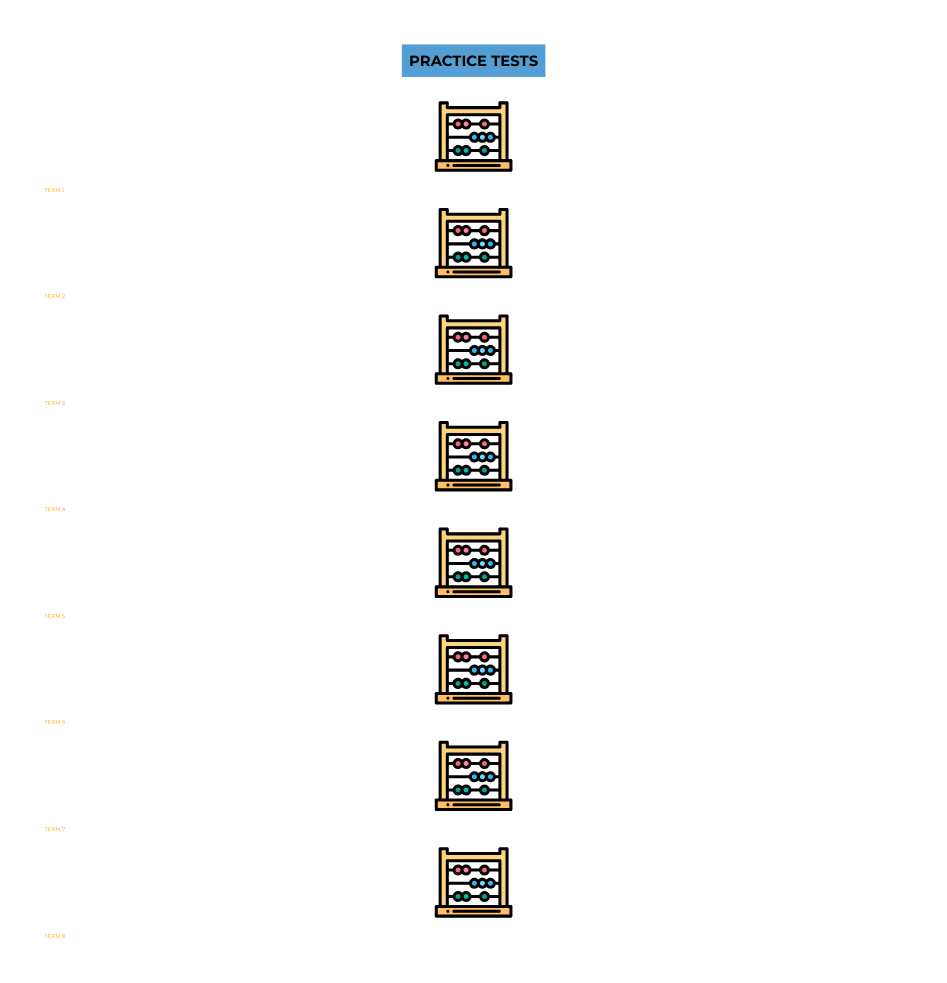
Repository: GauravBrahmbhatt/Psquare
Page: /
The author's editor kept a copy of each file at every save. The page is drawn from the files as they stood at one save, then again after the next save.
The browser window is 1280 px wide. The pictures show the whole page, at 74% of full size.
The project was rebuilt for these pictures with package versions that can differ from the ones it lists, and the page was loaded fresh each time. Also part of the build but not shown: src/pages/PaperList/Level1List.js, src/pages/PaperList/Level3List.js, src/pages/TestLoader.js, src/pages/timer.js, src/pages/TestPapers/level1.js, src/pages/TestPapers/level2.js, src/pages/RandomGenerator/RandomGenerator2D.js, src/pages/RandomGenerator/RandomGeneratorD.js and 8 more.

Above is the page before, as saved 2020-07-26 19:16:18.

### src/App.js
import React, { Component } from 'react';
import {Switch, Route, Router} from 'react-router-dom';
import History from './pages/History';

import NextPage from './pages/TestLoader';
import Main from './pages/main';
import TestPage from './pages/LevelCoordinator';
//import TestPage from './pages/TestPapers/level1';
//import Level2 from './pages/TestPapers/level2';
//import Level3 from './pages/TestPapers/level3';
//import Level4 from './pages/TestPapers/level4';
//import Level5 from './pages/TestPapers/level5';
//import Level6 from './pages/TestPapers/level6';
//import Level7 from './pages/TestPapers/level7';

//https://codepen.io/abbeyjfitzgerald/pen/QaeoYj

/*const backUrl = '/some/other/value'
// this.props.testvalue === "hello"
<Link to={{pathname: `/${this.props.testvalue}`, query: {backUrl}}} />
console.log(this.props.match.params.testvalue, this.props.location.query.backurl)
// output
hello /some/other/value
*/



class App extends Component {
	//this.props.match.params.id






  render(){
    return(

      <Router history={History}>
        <Switch>
          <Route path="/" exact component={Main} />
          <Route path="/testpage" component={NextPage} />
          <Route path="/timedtest" component={TestPage} />

        </Switch>
      </Router>
    )

  }
}

export default App;

//	  <Route path="/random" component={Level4} />
/*{"q":["24","-4","7"], "a":27},
	{"q":["3","-2","36"], "a":37},
	{"q":["56","-1","3"], "a":58},
	{"q":["88","-2","-1"], "a":85},
	{"q":["73","-1","7"], "a":79},
	{"q":["7","32","-4"], "a":35},
	{"q":["6","71","-5"], "a":72},
	{"q":["16","-5","2"], "a":13},
	{"q":["7","22","-7"], "a":22},
	{"q":["38","-6","2"], "a":34},
	{"q":["5","54","-1"], "a":58},
	{"q":["5","54","-1"], "a":58},
	{"q":["5","54","-1"], "a":58},
	{"q":["5","54","-1"], "a":58},
	{"q":["5","54","-1"], "a":58},
	{"q":["5","54","-1"], "a":58},
	{"q":["5","54","-1"], "a":58},
	{"q":["5","54","-1"], "a":58},
	{"q":["5","54","-1"], "a":58},
	{"q":["5","54","-1"], "a":58},
	{"q":["5","54","-1"], "a":58},
	{"q":["5","54","-1"], "a":58},
	{"q":["5","54","-1"], "a":58},
	{"q":["5","54","-1"], "a":58},
	{"q":["5","54","-1"], "a":58},
	{"q":["5","54","-1"], "a":58},
	{"q":["5","54","-1"], "a":58},
	{"q":["5","54","-1"], "a":58},
	{"q":["5","54","-1"], "a":58},
	{"q":["5","54","-1"], "a":58},
	{"q":["5","54","-1"], "a":58},
	{"q":["5","54","-1"], "a":58},
	{"q":["5","54","-1"], "a":58},
	{"q":["5","54","-1"], "a":58},
	{"q":["5","54","-1"], "a":58},
	{"q":["5","54","-1"], "a":58},
	{"q":["5","54","-1"], "a":58},
	{"q":["5","54","-1"], "a":58},
	{"q":["5","54","-1"], "a":58},
	{"q":["5","54","-1"], "a":58},
	{"q":["5","54","-1"], "a":58},
	{"q":["5","54","-1"], "a":58},
	{"q":["5","54","-1"], "a":58},
	{"q":["5","54","-1"], "a":58},
	{"q":["5","54","-1"], "a":58},
	{"q":["5","54","-1"], "a":58},
	{"q":["5","54","-1"], "a":58},
	{"q":["5","54","-1"], "a":58},
	{"q":["5","54","-1"], "a":58},
	{"q":["5","54","-1"], "a":58},
	{"q":["5","54","-1"], "a":58},
	{"q":["5","54","-1"], "a":58},
	{"q":["5","54","-1"], "a":58},
	{"q":["5","54","-1"], "a":58},
	{"q":["5","54","-1"], "a":58},
	{"q":["5","54","-1"], "a":58},
	{"q":["5","54","-1"], "a":58},
	{"q":["5","54","-1"], "a":58},
	{"q":["5","54","-1"], "a":58},
	{"q":["5","54","-1"], "a":58},
	{"q":["5","54","-1"], "a":58},
	{"q":["5","54","-1"], "a":58},
	{"q":["5","54","-1"], "a":58},
	{"q":["5","54","-1"], "a":58},
	{"q":["5","54","-1"], "a":58},
	{"q":["5","54","-1"], "a":58},
	{"q":["5","54","-1"], "a":58},
	{"q":["5","54","-1"], "a":58},
	{"q":["5","54","-1"], "a":58},
	{"q":["5","54","-1"], "a":58},
	{"q":["5","54","-1"], "a":58},
	{"q":["5","54","-1"], "a":58},
	{"q":["5","54","-1"], "a":58},
	{"q":["5","54","-1"], "a":58},
	{"q":["5","54","-1"], "a":58},
	{"q":["5","54","-1"], "a":58},
	{"q":["5","54","-1"], "a":58},
	{"q":["5","54","-1"], "a":58},
	{"q":["5","54","-1"], "a":58},
	{"q":["5","54","-1"], "a":58},
	{"q":["5","54","-1"], "a":58},
	{"q":["5","54","-1"], "a":58},
	{"q":["5","54","-1"], "a":58},
	{"q":["5","54","-1"], "a":58},
	{"q":["5","54","-1"], "a":58},
	{"q":["5","54","-1"], "a":58},
	{"q":["5","54","-1"], "a":58},
	{"q":["5","54","-1"], "a":58},
	{"q":["5","54","-1"], "a":58},
	{"q":["5","54","-1"], "a":58},
	{"q":["5","54","-1"], "a":58},
	{"q":["5","54","-1"], "a":58},
	{"q":["5","54","-1"], "a":58},
	{"q":["5","54","-1"], "a":58},
	{"q":["5","54","-1"], "a":58},
	{"q":["5","54","-1"], "a":58},
	{"q":["5","54","-1"], "a":58},
	{"q":["5","54","-1"], "a":58},
	{"q":["5","54","-1"], "a":58},
	{"q":["5","54","-1"], "a":58},
	{"q":["5","54","-1"], "a":58},
	{"q":["5","54","-1"], "a":58},
	{"q":["5","54","-1"], "a":58},
	{"q":["5","54","-1"], "a":58},
	{"q":["5","54","-1"], "a":58},
	{"q":["5","54","-1"], "a":58},
	{"q":["5","54","-1"], "a":58},
	{"q":["5","54","-1"], "a":58},
	{"q":["5","54","-1"], "a":58},
	{"q":["5","54","-1"], "a":58},
	{"q":["5","54","-1"], "a":58},
	{"q":["5","54","-1"], "a":58},
	{"q":["5","54","-1"], "a":58},
	{"q":["5","54","-1"], "a":58},
	{"q":["5","54","-1"], "a":58},
	{"q":["5","54","-1"], "a":58},
	{"q":["5","54","-1"], "a":58},
	{"q":["5","54","-1"], "a":58},
	{"q":["5","54","-1"], "a":58},
	{"q":["5","54","-1"], "a":58},
	{"q":["5","54","-1"], "a":58},
	{"q":["5","54","-1"], "a":58},
	{"q":["5","54","-1"], "a":58},
	{"q":["5","54","-1"], "a":58},
	{"q":["5","54","-1"], "a":58},
	{"q":["5","54","-1"], "a":58},
	{"q":["5","54","-1"], "a":58},
	{"q":["5","54","-1"], "a":58},
	{"q":["5","54","-1"], "a":58},
	{"q":["5","54","-1"], "a":58},
	{"q":["5","54","-1"], "a":58},
	{"q":["5","54","-1"], "a":58},
	{"q":["5","54","-1"], "a":58},
	{"q":["5","54","-1"], "a":58},
	{"q":["5","54","-1"], "a":58},
	{"q":["5","54","-1"], "a":58},
	{"q":["5","54","-1"], "a":58},
	{"q":["5","54","-1"], "a":58},
	{"q":["5","54","-1"], "a":58},
	{"q":["5","54","-1"], "a":58}*/

### src/pages/main.js
import React, { Component } from "react";
import { Link } from "react-router-dom";
import "../styleSheets/main.scss";
import image from "../abacus.svg";
//import bg from "../bg.jpg";
//import NextPage from "./testLoader";

//import NextPage from "./testLoader";

class main extends Component {
  handleClick() {
    //alert("Hello Hello Hello");
    // return (<NavLink to="/testpage"/>)
  }

  render() {
    //let count =0;
    return (
      <div className="parallax">
        <div className="title">PRACTICE TESTS</div>
        &nbsp;&nbsp;&nbsp;&nbsp;&nbsp;
        <section class="cards">
          <article class="card">
            <picture class="thumbnail">
              <img class="category__01" src={image} alt="" />
            </picture>
            <Link to="/testpage?l=1">
              <p class="category category__03">Term 1</p>
            </Link>
          </article>

          <article class="card">
            <picture class="thumbnail">
              <img class="category__02" src={image} alt="" />
            </picture>
            <Link to="/testpage?l=2" level="2">
              <p class="category category__03">Term 2</p>
            </Link>
          </article>

          <article class="card">
            <picture class="thumbnail">
              <img class="category__04" src={image} alt="" />
            </picture>
            <Link to="/testpage?l=3" level="3">
              <p class="category category__03">Term 3</p>
            </Link>
          </article>

          <article class="card">
            <picture class="thumbnail">
              <img class="category__05" src={image} alt="" />
            </picture>
            <Link to="/testpage?l=4" level="4">
              <p class="category category__03">Term 4</p>
            </Link>
          </article>

          <article class="card">
            <picture class="thumbnail">
              <img class="category__01" src={image} alt="" />
            </picture>
            <Link to="/testpage?l=5" level="5">
              <p class="category category__03">Term 5</p>
            </Link>
          </article>

          <article class="card">
            <picture class="thumbnail">
              <img class="category__02" src={image} alt="" />
            </picture>
            <Link to="/testpage?l=6" level="6">
              <p class="category category__03">Term 6</p>
            </Link>
          </article>

          <article class="card">
            <picture class="thumbnail">
              <img class="category__04" src={image} alt="" />
            </picture>
            <Link to="/testpage?l=7" level="7">
              <p class="category category__03">Term 7</p>
            </Link>
          </article>

          <article class="card">
            <picture class="thumbnail">
              <img class="category__05" src={image} alt="" />
            </picture>
            <Link to="/testpage?l=8" level="8">
              <p class="category category__03">Term 8</p>
            </Link>
          </article>
        </section>
      </div>
    );
  }
}

export default main;

### src/styleSheets/main.scss
@import url("https://fonts.googleapis.com/css?family=Montserrat:400,500,600,700");

@import "mixin/mixin";
@import "mixin/variables";

@import "components/card";

@import "base/base";











* {
  -webkit-box-sizing: border-box;
  -moz-box-sizing: border-box;
  box-sizing: border-box;
}
/*
body {
  font-family: "Montserrat";
  margin: 30px;
  background-image: url("../Bench.jpg");


  height: 500px;


  background-attachment: fixed;
  background-position: center;
  background-repeat: no-repeat;
  background-size: cover;
  //background-color:rgba(255,255,255,0.1);
  opacity: 0.8;
  //position: absolute;
  z-index: -1;
}*/

a {
  text-decoration: none;
  color: orange;
}

h2 {
  color: #000;
  margin: 2rem 0 0.5rem;
  font-size: 1.25rem;
  font-weight: 400;
  text-transform: uppercase;
}

img {
  display: block;
  border: 0;
  width: 100%;
  height: auto;
}

/***************************           Cards            *******************************/

.title {
  margin: auto;
  width: max-content;
  padding: 10px;
  font-size: 2rem;
  display: flex;
  font-weight: 900;
  background: #539fd3;
}

.title1 {
  font-size: 3rem;
  font-weight: 900;
  line-height: 1.2;
  position: relative;
  z-index: 2;
  text-align: center;
  margin: 0 0 12px;
  background: lightseagreen;
}

.title2 {
  font-size: 3rem;
  font-weight: 900;
  line-height: 1.2;
  position: relative;
  z-index: 2;
  text-align: center;
  margin: 0 0 12px;
  background: linen;
  border: solid;
}

.timer {
  font-size: 3rem;
  font-weight: 900;
  line-height: 1.2;
  position: relative;
  z-index: 2;
  text-align: center;
  margin: 0 100px 0 0;
  background: linen;
  border: solid;
}

.qtable {

  font-size: 2.5rem;
  font-weight: 600;
  line-height: 1.2;
  position: relative;
  z-index: 2;
  text-align: center;
  margin: 0 0 0 195px;
  background: linen;
  border: double;
}


.start {
  font-size: x-large;
  font-weight: 700;
  margin: 0 0 0 265px;
}

/* Turn off parallax scrolling for all tablets and phones. Increase/decrease the pixels if needed */
//@media only screen and (max-device-width: 1366px) {
// .parallax {
//   /* The image used */
//   //background-image: url("../Bench.jpg");

//   /* Set a specific height */
//   //height: 500px;

//   /* Create the parallax scrolling effect */
//   // background-attachment: fixed;
//   //background-position: center;
//   //background-repeat: no-repeat;
//   //background-size: cover;
//   //opacity: 0.2;
//   z-index: 1;
// }
//}

@mixin hideTapHighlightColor() {
  //Prevent highlight colour when element is tapped
  -webkit-tap-highlight-color: rgba(0, 0, 0, 0);
}

@mixin hardwareAccel() {
  //Improve performance on mobile/tablet devices
  transform: translateZ(0);
}

@mixin improveAntiAlias() {
  //Improve aliasing on mobile/tablet devices
  box-shadow: 0 0 1px rgba(0, 0, 0, 0);
}

.hover {
  display: inline-block;
  transition-duration: 0.5s;
  transition-property: transform;
  margin: auto;
  width: max-content;
  padding: 10px;
  font-size: 1.5rem;
  display: flex;
  font-weight: 900;
  color: black;
  background: content-box;
  background-color: whitesmoke;

  @include hideTapHighlightColor();
  @include hardwareAccel();
  @include improveAntiAlias();

  &:hover {
    transform: translateY(-6px);
    animation-name: hover;
    animation-duration: 1.5s;
    animation-delay: 1.5s;
    animation-timing-function: linear;
    animation-iteration-count: infinite;
    animation-direction: alternate;
  }
}
/*
.cards {
  display: grid;
  grid-template-columns: repeat(
    auto-fill,
    minmax(200px, 1fr)
  );
  grid-auto-rows: minmax(120px, auto);
  grid-gap: 5rem;
  z-index: 5;
}

.card {

  border: 2px solid #e7e7e7;
  border-radius: 4px;
  padding: 0.5rem;
  -webkit-box-shadow: 0 2px 2px rgba(0, 0, 0, 0.15);
  box-shadow: 0 2px 2px rgba(0, 0, 0, 0.15);
  display: flex;

  -ms-flex-direction: column;
  flex-direction: column;
  position: relative;
  color: #5d5e5e;
}*/

.thumbnail img {
  fill: #c7c4c4;
  height: 135px;
  //opacity: 0.25;
  padding: 1.5rem;
}
/*
.card-content {
  font-size: 0.75rem;
  display: flex;
  -webkit-box-orient: vertical;
  -webkit-box-direction: normal;
  -ms-flex-direction: column;
  flex-direction: column;
  -webkit-box-flex: 1;
  -ms-flex: 1;
  flex: 1;
}

.panel.card-panel .panel-header {
  background-color: #ffffff;
  font-size: 0.75rem;
  font-weight: 400;
  height: 25px !important;
}

.panel.card-panel .panel-content {
  -webkit-box-flex: 1;
  -ms-flex: 1;
  flex: 1;
}*/

.category {
  font-size: 0.75rem;
  text-transform: uppercase;
}

footer {
  border-top: 2px solid #e7e7e7;
  margin: 0.5rem 0 0;
  min-height: 30px;
  font-size: 0.5rem;
}
/*
.category {
  position: absolute;
  top: 105px;
  left: 75px;
  color: #fff;
  background: #e74c3c;
  padding: 5px 15px;
  font-size: 15px;
  font-weight: 600;
  text-transform: uppercase;
}

.category__01 {
  background-color: #50c6db;
}

.category__02 {
  background-color: #51bb7b;
}

.category__03 {
  background-color: firebrick;
}

.category__04 {
  background-color: palegoldenrod;
}

.category__05 {
  background-color: olive;
}*/

.post-meta {
  margin-top: 1rem;
}

.comments {
  margin-left: 0.5rem;
}

.center {
  margin: auto;
  width: 50%;
  //border: 3px solid green;
  padding: 10px;
}

.fa-check {
  color: #13a775;
}

.fa-times {
  color: #f42020;
}

input[type="number"]::-webkit-inner-spin-button,
input[type="number"]::-webkit-outer-spin-button {
  -webkit-appearance: none;
}
input[type="number"] {
  -moz-appearance: textfield;
}

.heidi {
  display: none;
}

button {
  font-family: "Montserrat";
  border: solid;
}

### src/styleSheets/Mixin/Mixin.scss
@mixin clearfix {
    &::after {
        content: "";
        display: table;
        clear: both;
    }
}

@mixin absCenter {
    position: absolute;
    top: 50%;
    left: 50%;
    transform: translate(-50%, -50%);
}


// MEDIA QUERY MANAGER
/*
0 - 600px:      Phone
600 - 900px:    Tablet portrait
900 - 1200px:   Tablet landscape
[1200 - 1800] is where our normal styles apply
1800px + :      Big desktop

$breakpoint arguement choices:
- phone
- tab-port
- tab-land
- big-desktop

ORDER: Base + typography > general layout + grid > page layout > components

1em = 16px
1rem = 10px
*/
@mixin respond($breakpoint) {
    @if $breakpoint == phone {
        @media only screen and (max-width: 37.5em) { @content };    //600px
    }
    @if $breakpoint == tab-port {
        @media only screen and (max-width: 56.25em) { @content };     //900px
    }
    @if $breakpoint == tab-land {
        @media only screen and (max-width: 75em) { @content };    //1200px
    }
    @if $breakpoint == big-desktop {
        @media only screen and (min-width: 112.5em) { @content };    //1800
    }
}

### src/styleSheets/components/_card.scss
.feature-box {
    background-color: rgba($color-white, .8);
    font-size: 1.5rem;
    padding: 2.5rem;
    text-align: center;
    border-radius: 3px;
    box-shadow: 0 1.5rem 4rem rgba($color-black, .15);
    transition: transform .3s;

    @include respond(tab-port) {
        padding: 2rem;
    }

    &__icon {
        font-size: 6rem;
        margin-bottom: .5rem;
        display: inline-block;
        background-image: linear-gradient(to right, $color-primary-light, $color-primary-dark);
        -webkit-background-clip: text;
        color: transparent;

        @include respond(tab-port) {
            margin-bottom: 0;
        }
    }

    &:hover {
        transform: translateY(-1.5rem) scale(1.03);
    }
}

### src/styleSheets/test.scss
body {
    font-family: "Montserrat";
    margin: 30px;

  }
  .card2 {
    box-shadow: 0 4px 8px 0 rgba(0,0,0,0.2);
    transition: 0.3s;
    width: 40%;
    background-color: #999999;
  }

  table {
    border-collapse: collapse;
    //display:flex;
    //flex-wrap: wrap;
  }

  tr
  {
    border: 5px solid black;
    padding: 5px;
    text-align: center;
  }

Loaded but not shown: src/index.js (common file); src/index.css (common file); src/serviceWorker.js (common file); src/pages/History.js (common file); src/styleSheets/Mixin/Variables.scss (common file); src/styleSheets/base/_base.scss (common file)

After the next save:
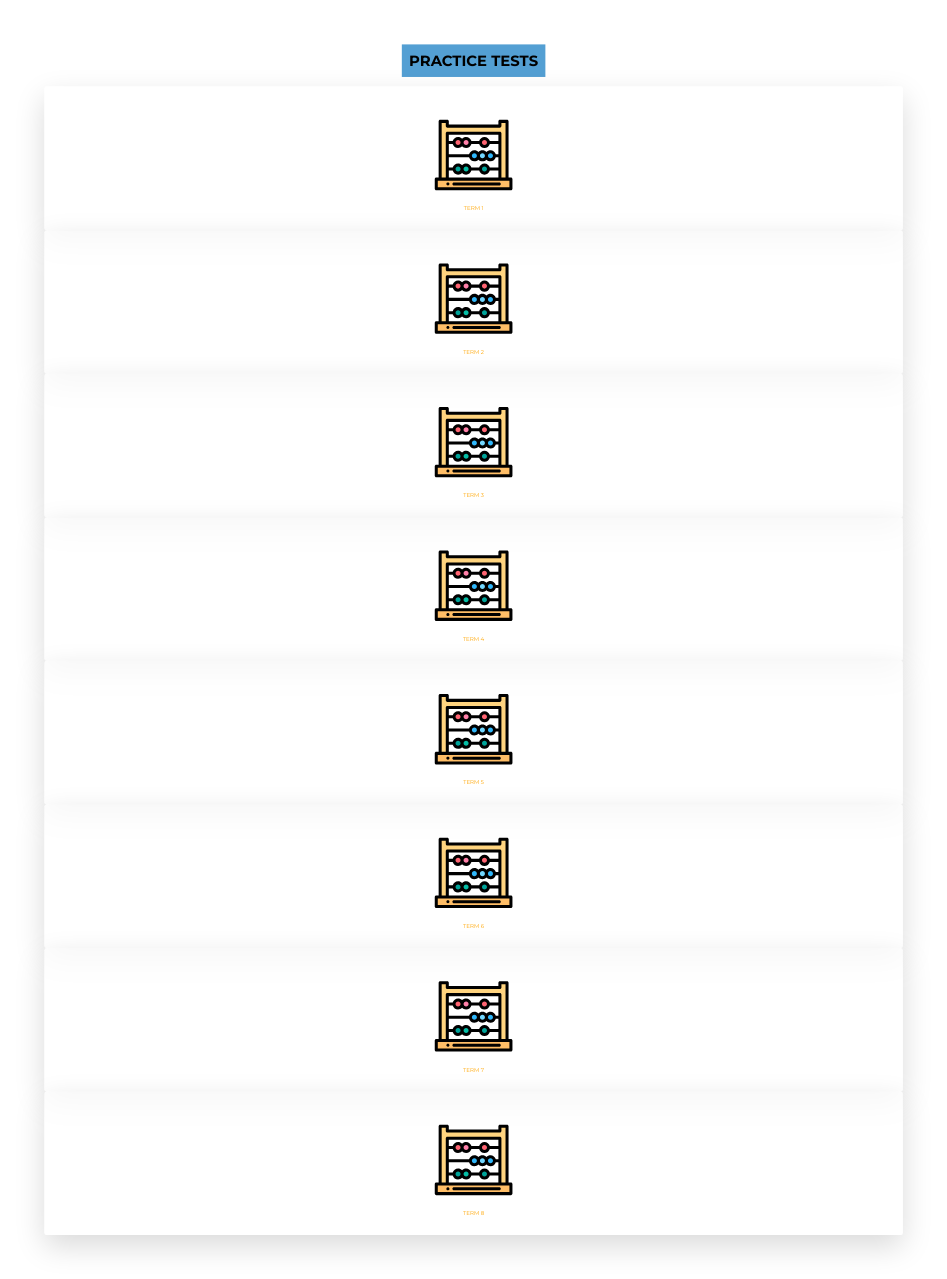
Saved 12 s later.
--- a/src/styleSheets/components/_card.scss
+++ b/src/styleSheets/components/_card.scss
@@ -1,4 +1,4 @@
-.feature-box {
+.card {
     background-color: rgba($color-white, .8);
     font-size: 1.5rem;
     padding: 2.5rem;
